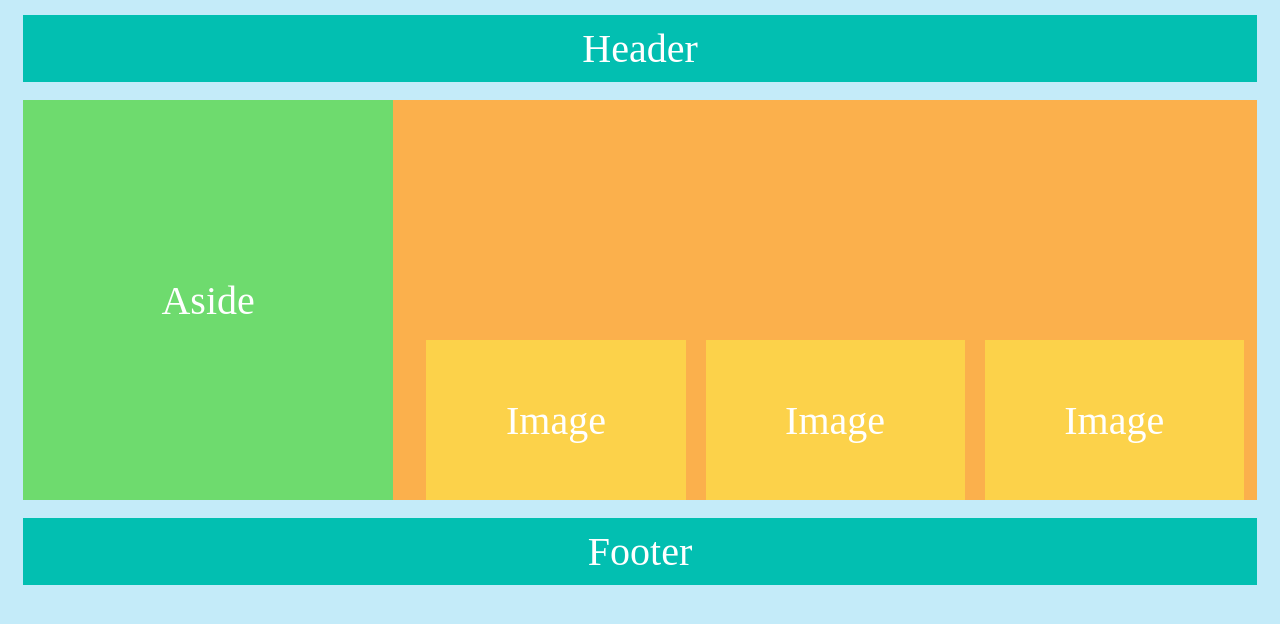
Repository: huyennvo/CSS
Page: flex-css-example/index.html
An editor plug-in stored every save of this project. The page is shown before and after the next save, followed by the edit.
The browser window is 1280 px wide. The pictures show the whole page.

Above is the page before, as saved 2022-07-18 11:22:37.

After the next save:
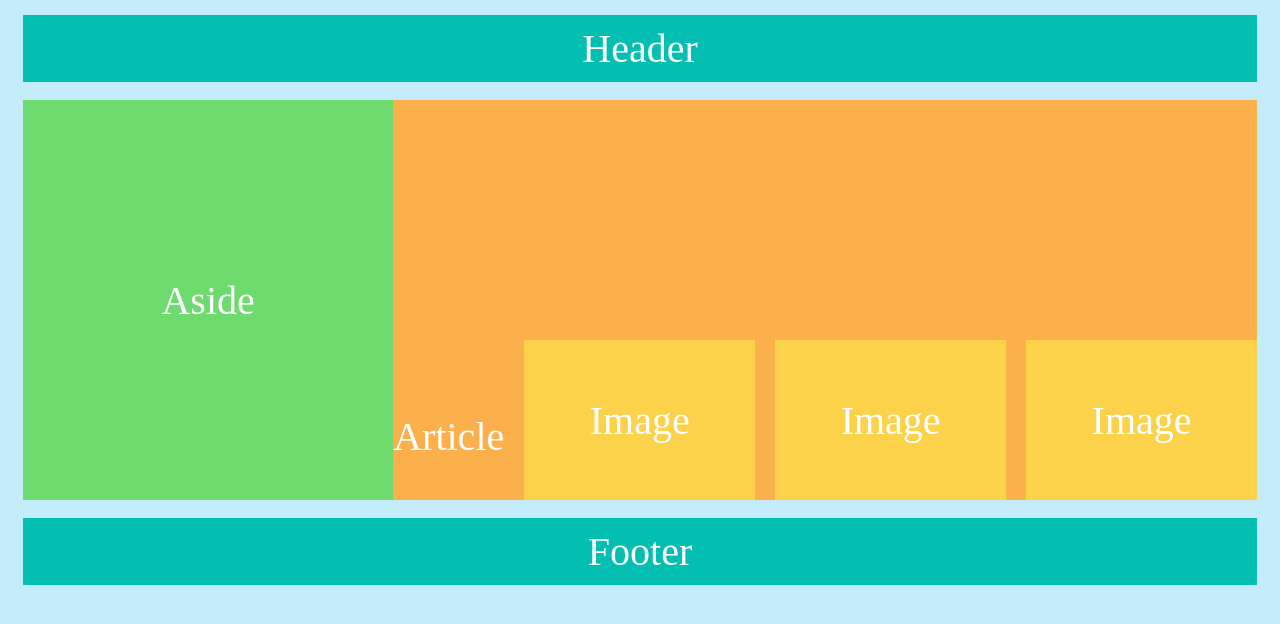
Saved 51 s later.
--- a/flex-css-example/index.html
+++ b/flex-css-example/index.html
@@ -16,7 +16,7 @@
         <div class="body">
             <div class="body-left">Aside</div>
             <div class="body-right">
-
+                 <p>Article</p>
                 <div class="item item1">Image</div>
                 <div class="item item2">Image</div>
                 <div class="item item3">Image</div>
